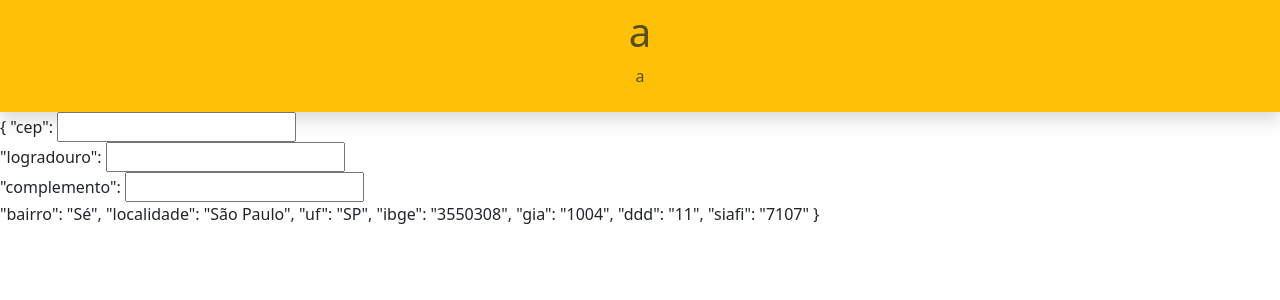
Repository: f95f/PWED4
Page: http://localhost/aula02/consultar_endereco.jsp
The author's editor kept a copy of each file at every save. The page is drawn from the files as they stood at one save, then again after the next save.
The browser window is 1280 px wide. The pictures show the whole page.
The page is served by Tomcat 9.

Above is the page before, as saved 2023-08-08 23:09:30.

### A02/aula02/src/main/webapp/consultar_endereco.jsp
<%@ page language="java" contentType="text/html; charset=UTF-8"
    pageEncoding="UTF-8"%>
<!DOCTYPE html>
<html>
<head>
<meta charset="UTF-8">

  <link href="https://cdn.jsdelivr.net/npm/bootstrap@5.3.1/dist/css/bootstrap.min.css" rel="stylesheet">
  <script src="https://cdn.jsdelivr.net/npm/bootstrap@5.3.1/dist/js/bootstrap.bundle.min.js"></script>
<title>Insert title here</title>
</head>
<body>

	<div class = "container-fluid bg-warning py-2 text-center text-muted shadow">

		<h1>a</h1>
		<p>a</p>



	</div>

	<form id="frmEndereco">

		{
      "cep": <input type = "text" name = "txtCep" id = "txtCep"> <br>
      "logradouro":  <input type = "text" name = "txtLogradouro" id = "txtLogradouro"> <br>
      "complemento": <input type = "text" name = "txtComplemento" id = "txtComplemento"> <br>
      "bairro": "Sé",
      "localidade": "São Paulo",
      "uf": "SP",
      "ibge": "3550308",
      "gia": "1004",
      "ddd": "11",
      "siafi": "7107"
    }


	</form>

	<script src="js/jquery.min.js"></script>
	<script type = "text/javascript">


		$(document).ready(function(){

			//alert('a');

		});














	</script>

</body>
</html>

Loaded but not shown: A02/aula02/src/main/webapp/js/jquery.min.js (library)

After the next save:
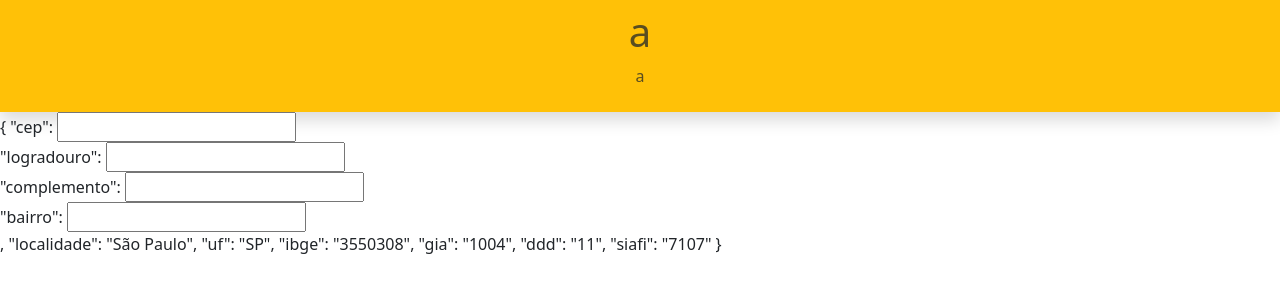
Saved 25 s later.
--- a/A02/aula02/src/main/webapp/consultar_endereco.jsp
+++ b/A02/aula02/src/main/webapp/consultar_endereco.jsp
@@ -26,7 +26,7 @@
       "cep": <input type = "text" name = "txtCep" id = "txtCep"> <br>
       "logradouro":  <input type = "text" name = "txtLogradouro" id = "txtLogradouro"> <br>
       "complemento": <input type = "text" name = "txtComplemento" id = "txtComplemento"> <br>
-      "bairro": "Sé",
+      "bairro": <input type = "text" name = "txtBairro" id = "txtBairro"> <br>,
       "localidade": "São Paulo",
       "uf": "SP",
       "ibge": "3550308",
